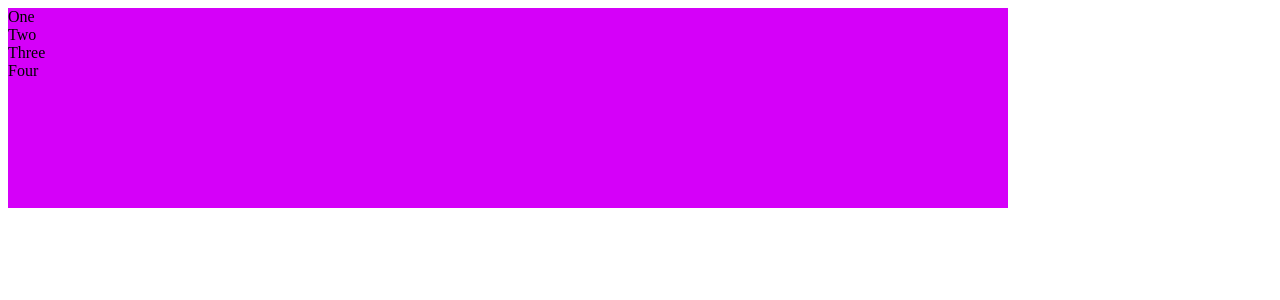
Repository: LavriaNeptune/css-basic
Page: position/z-index.html
These files come from the project's save history. The page is drawn as it stood at one moment and after a run of saves; the edit follows.
The browser window is 1280 px wide. The pictures show the whole page.

Above is the page before, as saved 2022-08-19 20:28:12.

After the next 7 saves:
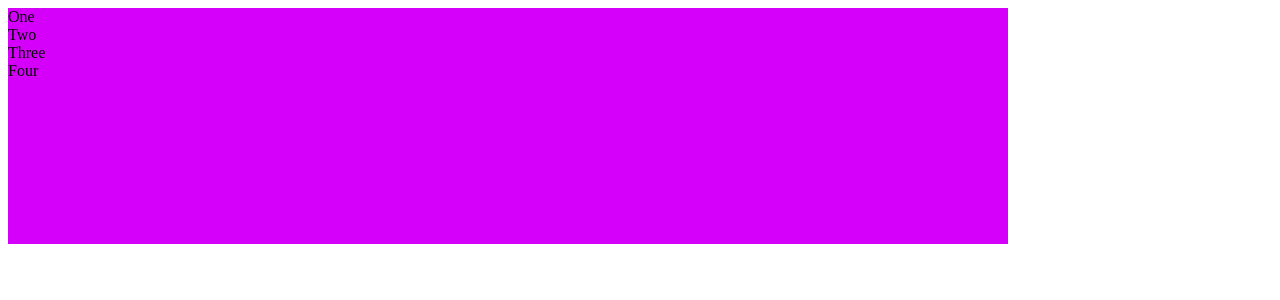
The 7 saves are shown as one change because they came seconds apart.
The last was saved 21 s later.
--- a/position/z-index.html
+++ b/position/z-index.html
@@ -3,6 +3,21 @@
   <body>
     <style>
       #one {
+        width: 1000px;
+        height: 200px;
+        background-color: #d500f9;
+      }
+      #two {
+        width: 1000px;
+        height: 200px;
+        background-color: #d500f9;
+      }
+      #three {
+        width: 1000px;
+        height: 200px;
+        background-color: #d500f9;
+      }
+      #fore {
         width: 1000px;
         height: 200px;
         background-color: #d500f9;
